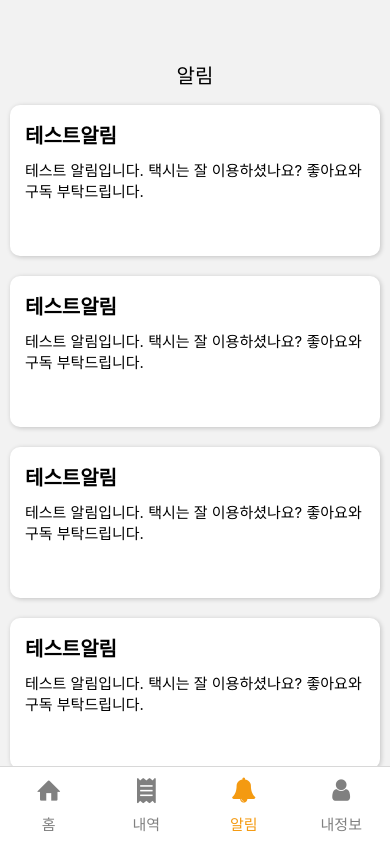
Repository: Unique0902/GachiDutch
Screen: /Alarm
The author's editor kept a copy of each file at every save. The screen is drawn from the files as they stood at one save, then again after the next save.
An inner scrolling area shows only its first screen. The app was drawn by React Native's web renderer in a window 390 px wide. The project was rebuilt for these pictures with package versions that can differ from the ones it lists, and the page was loaded fresh each time. Some packages were replaced by stand-ins written for this rebuild. Also part of the build but not shown: sources/components/lowBar/lowBar.jsx, sources/components/taxi/taxi.jsx, sources/components/user/user.jsx, sources/components/dutch_history/dutch_history.jsx, sources/components/dutchpay_historys/dutchpay_historys.jsx, sources/components/delivery_historys/delivery_historys.jsx, sources/components/taxi_historys/taxi_historys.jsx, sources/components/receipt/receipt.jsx and 1 more.

Above is the screen before, as saved 2022-11-11 15:52:43.

### App.js
import React from 'react';
import { StyleSheet, Text, View, Image } from 'react-native';
import Home from './sources/components/home/home';
import { NavigationContainer } from '@react-navigation/native';
import { createNativeStackNavigator } from '@react-navigation/native-stack';
import Taxi from './sources/components/taxi/taxi';
import Main from './sources/routes/main/main';
import Login from './sources/routes/login/login';
import HttpClient from './sources/network/http.js';
import ReceiptService from './sources/services/receipt.js';

const Stack = createNativeStackNavigator();
const baseURL = 'https://dutch-server.herokuapp.com';
const httpClient = new HttpClient(baseURL);
const receiptService = new ReceiptService(baseURL);

export default function App() {
  return (
    <>
      <NavigationContainer>
        <Stack.Navigator screenOptions={{ headerShown: false }}>
          <Stack.Screen
            name='Main'
            children={({ navigation, route }) => (
              <Main
                receiptService={receiptService}
                navigation={navigation}
                route={route}
              />
            )}
          />
          <Stack.Screen name='Taxi' component={Taxi} />
          <Stack.Screen name='Login' component={Login} />
        </Stack.Navigator>
      </NavigationContainer>
    </>
  );
}

const styles = StyleSheet.create({
  header: {
    flexDirection: 'row',
    alignItems: 'center',
    justifyContent: 'space-between',
    margin: 25,
  },
  main: {},
  container: {
    flex: 1,
    backgroundColor: '#fff',
    alignItems: 'center',
    justifyContent: 'center',
  },
  logo: {
    width: 150,
    height: 30,
  },
});

### sources/components/home/home.jsx
import React, { useRef, useState, useEffect } from 'react';
import {
  StyleSheet,
  Text,
  View,
  Image,
  Button,
  Pressable,
  ScrollView,
  Dimensions,
} from 'react-native';
import { Entypo } from '@expo/vector-icons';
import { FontAwesome } from '@expo/vector-icons';
import { FontAwesome5 } from '@expo/vector-icons';
import LowBar from '../lowBar/lowBar';
import { isLogin, getUid } from '../../services/asyncstorage';
import { StatusBar } from 'react-native';

const Home = ({ login, setLogin, navigation, setUserData, userData }) => {
  const [scrollNum, setScrollNum] = useState(1);
  const windowWidth = Dimensions.get('window').width;
  const statusBarHeight = StatusBar.currentHeight;
  const headerStyle = {
    marginTop: statusBarHeight,
  };
  let advertisementWidth = windowWidth - 40;
  const scrollWidth = parseInt(advertisementWidth);
  let scrollLeft = 0;

  const advertisementStyle = () => {
    return {
      width: advertisementWidth,
    };
  };
  const pageCircleStyle = (num) => {
    if (scrollNum === num) {
      return {
        color: '#FB9700',
      };
    } else {
      return {
        color: '#FFFDD1',
      };
    }
  };
  const scrollRef = useRef();
  return (
    <View style={[styles.home, headerStyle]}>
      <View style={styles.top}>
        <View style={styles.header}>
          <Image
            source={require('../../images/dutch_logo.png')}
            style={styles.logo}
          />
          <Pressable>
            <Entypo name='menu' size={35} color='black' />
          </Pressable>
        </View>
        <View style={styles.mainTop}>
          {login ? (
            <View style={styles.onLogin}>
              <Text style={styles.onLoginText}>
                {userData && userData.name}님 반가워요!
              </Text>
            </View>
          ) : (
            <View style={styles.login}>
              <View style={styles.loginTop}>
                <Pressable
                  style={styles.loginBtn}
                  onPress={() =>
                    navigation.navigate('Login', { setLogin, setUserData })
                  }
                >
                  <Text style={[styles.loginText, styles.loginBtnText]}>
                    로그인
                  </Text>
                </Pressable>
                <Text style={styles.loginText}>하시고</Text>
              </View>
              <Text style={styles.loginText}>다양한 혜택을 만나 보세요!</Text>
            </View>
          )}
          <View style={styles.advertisementBox}>
            <ScrollView
              horizontal
              pagingEnabled
              contentContainerStyle={styles.advertisementScroll}
              ref={scrollRef}
              onScroll={(e) => {
                scrollLeft = parseInt(e.nativeEvent.contentOffset.x);
                if (scrollLeft % scrollWidth < 10) {
                  setScrollNum(parseInt(scrollLeft / scrollWidth + 1));
                }
              }}
              scrollEventThrottle={100}
              showsHorizontalScrollIndicator={false}
            >
              <Pressable style={[styles.advertisement, advertisementStyle()]}>
                <Image
                  source={require('../../images/advertisement_img.png')}
                  style={styles.advertisementImg}
                />
                <Text style={styles.advertisementText}>
                  같이 더치로{'\n'}편리하게 이용하세요
                </Text>
              </Pressable>
              <Pressable style={[styles.advertisement, advertisementStyle()]}>
                <Image
                  source={require('../../images/advertisement_img.png')}
                  style={styles.advertisementImg}
                />
                <Text style={styles.advertisementText}>
                  같이 더치로{'\n'}편리하게 이용하세요
                </Text>
              </Pressable>
              <Pressable style={[styles.advertisement, advertisementStyle()]}>
                <Image
                  source={require('../../images/advertisement_img.png')}
                  style={styles.advertisementImg}
                />
                <Text style={styles.advertisementText}>
                  같이 더치로{'\n'}편리하게 이용하세요
                </Text>
              </Pressable>
              <Pressable style={[styles.advertisement, advertisementStyle()]}>
                <Image
                  source={require('../../images/advertisement_img.png')}
                  style={styles.advertisementImg}
                />
                <Text style={styles.advertisementText}>
                  같이 더치로{'\n'}편리하게 이용하세요
                </Text>
              </Pressable>
            </ScrollView>
            <View style={styles.pageCircles}>
              <FontAwesome
                style={[styles.pageCircle, pageCircleStyle(1)]}
                name='circle'
                size={10}
                color='white'
              />
              <FontAwesome
                style={[styles.pageCircle, pageCircleStyle(2)]}
                name='circle'
                size={10}
                color='white'
              />
              <FontAwesome
                style={[styles.pageCircle, pageCircleStyle(3)]}
                name='circle'
                size={10}
                color='white'
              />
              <FontAwesome
                style={[styles.pageCircle, pageCircleStyle(4)]}
                name='circle'
                size={10}
                color='white'
              />
            </View>
          </View>
        </View>
      </View>
      <Pressable style={styles.event}>
        <View>
          <Text style={[styles.eventText, { fontSize: 20 }]}>
            이벤트 {'   '}|
          </Text>
        </View>
        <Text style={[styles.eventText, { fontSize: 15, marginLeft: 20 }]}>
          같이더치 월 결제로 10% 할인받자!
        </Text>
        <Text style={[styles.eventText, { fontSize: 20, marginLeft: 20 }]}>
          {'>'}
        </Text>
      </Pressable>

      <View style={styles.mainBottom}>
        <View style={styles.categories}>
          <View style={styles.topBtns}>
            <View style={styles.btnShadow}>
              <Pressable
                style={styles.goodsBtn}
                onPress={() => {
                  if (login) {
                    navigation.navigate('Taxi', { userData });
                  } else {
                    navigation.navigate('Login', { setLogin, setUserData });
                  }
                }}
              >
                <Image
                  source={require('../../images/taxi_img.png')}
                  style={styles.taxiImg}
                />
                <Text style={[styles.goodText, { marginTop: 20 }]}>택시</Text>
              </Pressable>
            </View>
            <View style={styles.btnShadow}>
              <Pressable style={styles.goodsBtn}>
                <Image
                  source={require('../../images/delivery_img.png')}
                  style={styles.taxiImg}
                />
                <Text style={[styles.goodText, { marginTop: 20 }]}>배달</Text>
              </Pressable>
            </View>
          </View>
          <View style={styles.downBtns}>
            <View style={styles.btnShadow}>
              <Pressable style={styles.downGoodsBtn}>
                <Image
                  source={require('../../images/taxi_human_img.png')}
                  style={styles.peopleImg}
                />
                <Text
                  style={[styles.goodText, { marginRight: 20, marginLeft: 20 }]}
                >
                  지인끼리
                </Text>
                <Image
                  source={require('../../images/location_img.png')}
                  style={styles.peopleImg}
                />
              </Pressable>
            </View>
          </View>
        </View>
      </View>
    </View>
  );
};

export default Home;

const styles = StyleSheet.create({
  home: {
    flex: 1,
    flexDirection: 'column',
  },
  loginText: {
    paddingVertical: 5,
  },
  header: {
    flexDirection: 'row',
    alignItems: 'center',
    justifyContent: 'space-between',
    margin: 0,
    flex: 1,
  },
  mainTop: {
    flex: 6,
  },
  top: {
    flex: 6,
    padding: 20,
  },
  loginBtn: {},
  login: {
    flex: 2,
    marginTop: 15,
  },
  onLogin: {
    flex: 2,
    marginTop: 15,
  },
  onLoginText: {
    marginTop: 10,
    fontSize: 25,
    fontWeight: '600',
    color: '#444444',
  },
  loginTop: {
    flexDirection: 'row',
    alignItems: 'center',
  },
  loginText: {
    fontSize: 18,
    color: '#444444',
  },
  loginBtnText: {
    color: '#F39910',
    textDecorationLine: 'underline',
    textDecorationStyle: 'solid',
    textDecorationColor: '#000',
  },
  mainBottom: {
    flex: 6,
    padding: 15,
  },
  advertisementScroll: {
    borderRadius: 15,
    position: 'relative',
  },
  advertisementBox: {
    flex: 4,
  },
  advertisement: {
    backgroundColor: '#FBBA00',
    borderRadius: 15,
    position: 'relative',
  },
  advertisementText: {
    color: 'white',
    fontSize: 20,
    fontWeight: '800',
    marginLeft: 30,
    marginTop: 25,
  },
  advertisementImg: {
    width: '100%',
    height: '87%',
    position: 'absolute',
    borderRadius: 20,
    bottom: 0,
  },
  pageCircles: {
    flexDirection: 'row',
    position: 'absolute',
    alignItems: 'center',
    bottom: 4,
    left: 140,
  },
  pageCircle: {
    marginLeft: 3,
    marginRight: 3,
  },
  event: {
    flex: 1,
    backgroundColor: '#3C4451',
    flexDirection: 'row',
    justifyContent: 'center',
    alignItems: 'center',
  },
  categories: {
    flex: 1,
  },
  topBtns: {
    flexDirection: 'row',
    flex: 3,
  },
  downBtns: {
    flex: 2,
  },
  goodsBtn: {
    borderRadius: 20,
    backgroundColor: 'white',
    width: '100%',
    height: '100%',
    alignItems: 'center',
    justifyContent: 'center',
  },
  downGoodsBtn: {
    borderRadius: 20,
    backgroundColor: 'white',
    width: '100%',
    height: '100%',
    flexDirection: 'row',
    justifyContent: 'center',
    alignItems: 'center',
  },
  goodText: {
    fontSize: 20,
    fontWeight: '600',
  },
  btnShadow: {
    flex: 1,
    shadowOffset: {
      width: 0,
      height: 1,
    },
    shadowOpacity: 0.18,
    borderRadius: 20,
    shadowRadius: 1.0,
    elevation: 1,
    margin: 5,
  },
  eventText: {
    color: 'white',
  },
  taxiImg: {
    width: 90,
    height: 90,
  },
  peopleImg: {
    width: 60,
    height: 67,
  },
  logo: {
    width: 150,
    height: 30,
  },
});

### sources/routes/main/main.jsx
import React, { useEffect, useRef, useState } from 'react';
import { View, Button, Text } from 'react-native';
import Home from '../../components/home/home';
import LowBar from '../../components/lowBar/lowBar';
import User from '../../components/user/user';
import Alarm from '../../components/alarm/alarm';
import Receipt from '../../components/receipt/receipt';
import { createBottomTabNavigator } from '@react-navigation/bottom-tabs';
import { Entypo } from '@expo/vector-icons';
import { FontAwesome } from '@expo/vector-icons';
import { FontAwesome5 } from '@expo/vector-icons';
import { isLogin, matchUserData } from '../../services/asyncstorage';

const Tab = createBottomTabNavigator();

const Main = ({ receiptService, navigation, route }) => {
  const [login, setLogin] = useState(false);
  const [userData, setUserData] = useState(null);

  useEffect(() => {
    isLogin().then((result) => {
      if (result) {
        setLogin(true);
        console.log('로그인 되어있음!');
        matchUserData(setUserData);
      } else {
        setLogin(false);
        console.log('로그인 안되어있음!');
      }
    });
  }, [login]);
  return (
    <>
      <View style={{ flex: 14 }}>
        <Tab.Navigator
          screenOptions={({ route }) => ({
            tabBarIcon: ({ color, size }) => {
              if (route.name === 'Home') {
                return <Entypo name='home' size={size} color={color} />;
              } else if (route.name === 'Receipt') {
                return (
                  <FontAwesome5 name='receipt' size={size} color={color} />
                );
              } else if (route.name === 'Alarm') {
                return <FontAwesome name='bell' size={size} color={color} />;
              } else if (route.name === 'User') {
                return <FontAwesome name='user' size={size} color={color} />;
              }
            },
            tabBarStyle: { flex: 0.1 },
            tabBarLabelStyle: {
              fontSize: 15,
              marginBottom: 10,
              fontWeight: '500',
            },
            tabBarActiveTintColor: '#F49A11',
            tabBarInactiveTintColor: 'gray',
            headerShown: false,
          })}
        >
          <Tab.Screen
            name='Home'
            options={({ route, navigation }) => {
              return { tabBarLabel: '홈' };
            }}
            children={({ navigation }) => (
              <Home
                login={login}
                setLogin={setLogin}
                navigation={navigation}
                setUserData={setUserData}
                userData={userData}
              />
            )}
          />
          <Tab.Screen
            name='Receipt'
            options={({ route, navigation }) => {
              return { tabBarLabel: '내역' };
            }}
            children={({ navigation, route }) => (
              <Receipt
                login={login}
                navigation={navigation}
                receiptService={receiptService}
                userData={userData}
                route={route}
              />
            )}
          />
          <Tab.Screen
            options={({ route, navigation }) => {
              return { tabBarLabel: '알림' };
            }}
            name='Alarm'
            children={({ navigation }) => (
              <Alarm login={login} navigation={navigation} />
            )}
          />
          <Tab.Screen
            options={({ route, navigation }) => {
              return { tabBarLabel: '내정보' };
            }}
            name='User'
            children={({ navigation }) => (
              <User
                login={login}
                setLogin={setLogin}
                navigation={navigation}
                setUserData={setUserData}
                userData={userData}
              />
            )}
          />
        </Tab.Navigator>
      </View>
    </>
  );
};

export default Main;

### sources/network/http.js
export default class HttpClient {
  constructor(baseURL) {
    this.baseURL = baseURL;
  }

  async fetch(url, options) {
    const res = await fetch(`${this.baseURL}${url}`, {
      ...options,
      headers: {
        'Content-Type': 'application/json',
        ...options.headers,
      },
    });
    let data;
    try {
      data = await res.json();
    } catch (error) {
      console.error(error);
    }

    if (res.status > 299 || res.status < 200) {
      const message =
        data && data.message ? data.message : 'Something went wrong! 🤪';
      const error = new Error(message);
      throw error;
    }
    return data;
  }
}

### sources/services/receipt.js
export default class ReceiptService {
  constructor(http) {
    this.http = http;
  }

  getTexiHistorys = async (userId) => {
    return await fetch(`${this.http}/receipt/all/${userId}`, {
      method: 'GET',
    });
  };
}

### sources/services/asyncstorage.js
import AsyncStorage from '@react-native-async-storage/async-storage';

export const isLogin = async () => {
  try {
    const loginDatas = await AsyncStorage.getItem('loginDatas');
    console.log(loginDatas);
    if (loginDatas) {
      return true;
    } else {
      return false;
    }
  } catch (e) {
    console.error(e);
  }
};

export const logout = async () => {
  try {
    await AsyncStorage.removeItem('loginDatas');
  } catch (error) {
    console.error(error);
  }
};

export const getRefreshToken = async () => {
  try {
    const loginDatas = await AsyncStorage.getItem('loginDatas');
    if (loginDatas) {
      return JSON.parse(loginDatas).refreshToken;
    }
  } catch (e) {
    console.error(e);
  }
};

export const getUid = async () => {
  try {
    const loginDatas = await AsyncStorage.getItem('loginDatas');
    if (loginDatas) {
      return JSON.parse(loginDatas).uid;
    }
  } catch (e) {
    console.error(e);
  }
};

export const matchUserData = async (setUserData) => {
  try {
    const loginDatas = await AsyncStorage.getItem('loginDatas');
    if (loginDatas) {
      return setUserData(JSON.parse(loginDatas));
    }
  } catch (e) {
    console.error(e);
  }
};

### sources/components/alarm/alarm.jsx
import React, { useRef, useState, useEffect } from 'react';
import { StatusBar } from 'expo-status-bar';
import { ScrollView, StyleSheet, Text, View, Image } from 'react-native';
import { Fontisto, AntDesign } from '@expo/vector-icons';
import { Dimensions } from 'react-native';
import AlertItem from './alert';

const Alarm = (props) => {
  const [alerts, setAlerts] = useState({});
  const temp_alerts = {
    1662111985970: {
      title: '테스트알림',
      content:
        '테스트 알림입니다. 택시는 잘 이용하셨나요? 좋아요와 구독 부탁드립니다.',
      time: '1662114985970',
    },
    1662104985970: {
      title: '테스트알림',
      content:
        '테스트 알림입니다. 택시는 잘 이용하셨나요? 좋아요와 구독 부탁드립니다.',
      time: '1662114985970',
    },
    1662114985970: {
      title: '테스트알림',
      content:
        '테스트 알림입니다. 택시는 잘 이용하셨나요? 좋아요와 구독 부탁드립니다.',
      time: '1662114985970',
    },
    1661114985970: {
      title: '테스트알림',
      content:
        '테스트 알림입니다. 택시는 잘 이용하셨나요? 좋아요와 구독 부탁드립니다.',
      time: '1662114984970',
    },
    1612114985970: {
      title: '테스트알림',
      content:
        '테스트 알림입니다. 택시는 잘 이용하셨나요? 좋아요와 구독 부탁드립니다.',
      time: '1661114984970',
    },
  };
  // const temp_alerts = {};
  useEffect(() => {
    setAlerts(temp_alerts);
  }, []);

  return (
    <View style={styles.container}>
      <View style={styles.header}>
        <Text style={styles.headerText}>알림</Text>
      </View>

      {Object.keys(alerts).length === 0 ? (
        <View style={{ ...styles.alerts, ...styles.noNotification }}>
          <AntDesign
            style={{ opacity: 0.5 }}
            name='notification'
            size={50}
            color='black'
          />
          <Text style={{ fontSize: 25, marginTop: 10, opacity: 0.5 }}>
            알림이 없습니다.
          </Text>
        </View>
      ) : (
        <View style={styles.alerts}>
          <ScrollView>
            {Object.keys(alerts).map((key) => (
              <AlertItem
                key={key}
                title={alerts[key].title}
                content={alerts[key].content}
                time={alerts[key].time}
              ></AlertItem>
            ))}
          </ScrollView>
        </View>
      )}
    </View>
  );
};

export default Alarm;

const styles = StyleSheet.create({
  container: {
    flexDirection: 'column',
    flex: 1,
    alignContent: 'center',
  },
  header: {
    height: 40,
    marginTop: 55,
    paddingHorizontal: 25,
    flexDirection: 'row',
    justifyContent: 'center',
  },
  alerts: {
    flex: 7,
  },
  headerText: {
    fontSize: 20,
    fontWeight: '400',
    marginVertical: 5,
  },
  noNotification: {
    justifyContent: 'center',
    alignItems: 'center',
  },
});

### sources/components/alarm/alert.js
import { StyleSheet, Text, View, Image } from 'react-native';

function elapsedText(date) {
  // 초 (밀리초)
  const seconds = 1;
  // 분
  const minute = seconds * 60;
  // 시
  const hour = minute * 60;
  // 일
  const day = hour * 24;

  var today = new Date();
  var elapsedTime = Math.trunc((today.getTime() - date) / 1000);

  var elapsedText = '';
  if (elapsedTime < seconds) {
    elapsedText = '방금 전';
  } else if (elapsedTime < minute) {
    elapsedText = elapsedTime + '초 전';
  } else if (elapsedTime < hour) {
    elapsedText = Math.trunc(elapsedTime / minute) + '분 전';
  } else if (elapsedTime < day) {
    elapsedText = Math.trunc(elapsedTime / hour) + '시간 전';
  } else if (elapsedTime < day * 15) {
    elapsedText = Math.trunc(elapsedTime / day) + '일 전';
  } else {
  }

  return elapsedText;
}

export default function AlertItem(props) {
  const elapsedTime = elapsedText(props.time);
  return (
    <View style={styles.alert}>
      <Text style={styles.alertTitle}>{props.title}</Text>
      <Text textBreakStrategy={'simple'} style={styles.alertBody}>
        {props.content}
      </Text>
      <View style={{ flexDirection: 'row', justifyContent: 'space-between' }}>
        <Text style={styles.alertTime}>{elapsedTime}</Text>
        <Image style={styles.alertLogo}></Image>
      </View>
    </View>
  );
}

const styles = StyleSheet.create({
  alert: {
    borderRadius: 10,
    backgroundColor: 'white',
    shadowColor: '#000',
    shadowOffset: {
      width: 1,
      height: 1,
    },
    shadowOpacity: 0.2,
    shadowRadius: 5,
    elevation: 5,
    marginVertical: 10,
    marginHorizontal: 10,
    paddingHorizontal: 15,
    paddingTop: 15,
  },
  alertTitle: {
    fontSize: 20,
    fontWeight: '900',
    marginBottom: 10,
  },
  alertBody: {
    marginBottom: 5,
    fontSize: 15,
  },
  alertLogo: {
    width: 100,
    height: 50,
    resizeMode: 'contain',
    opacity: 0.3,
    justifyContent: 'flex-end',
  },
  alertTime: {
    fontSize: 13,
    opacity: 0.4,
    marginTop: 10,
  },
});

Loaded but not shown: index.js (common file)

After the next save:
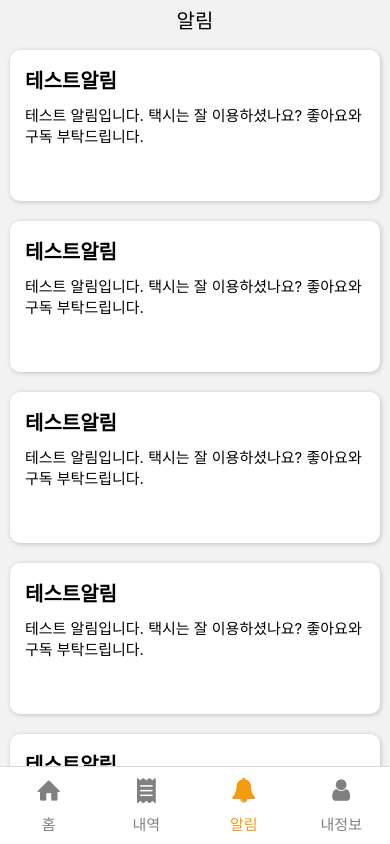
Saved 72 s later.
--- a/sources/components/alarm/alarm.jsx
+++ b/sources/components/alarm/alarm.jsx
@@ -1,11 +1,15 @@
 import React, { useRef, useState, useEffect } from 'react';
-import { StatusBar } from 'expo-status-bar';
 import { ScrollView, StyleSheet, Text, View, Image } from 'react-native';
 import { Fontisto, AntDesign } from '@expo/vector-icons';
 import { Dimensions } from 'react-native';
 import AlertItem from './alert';
+import { StatusBar } from 'react-native';
 
 const Alarm = (props) => {
+  const statusBarHeight = StatusBar.currentHeight;
+  const headerStyle = {
+    marginTop: statusBarHeight,
+  };
   const [alerts, setAlerts] = useState({});
   const temp_alerts = {
     1662111985970: {
@@ -45,7 +49,7 @@ const Alarm = (props) => {
   }, []);
 
   return (
-    <View style={styles.container}>
+    <View style={[styles.container, headerStyle]}>
       <View style={styles.header}>
         <Text style={styles.headerText}>알림</Text>
       </View>
@@ -90,7 +94,6 @@ const styles = StyleSheet.create({
   },
   header: {
     height: 40,
-    marginTop: 55,
     paddingHorizontal: 25,
     flexDirection: 'row',
     justifyContent: 'center',
